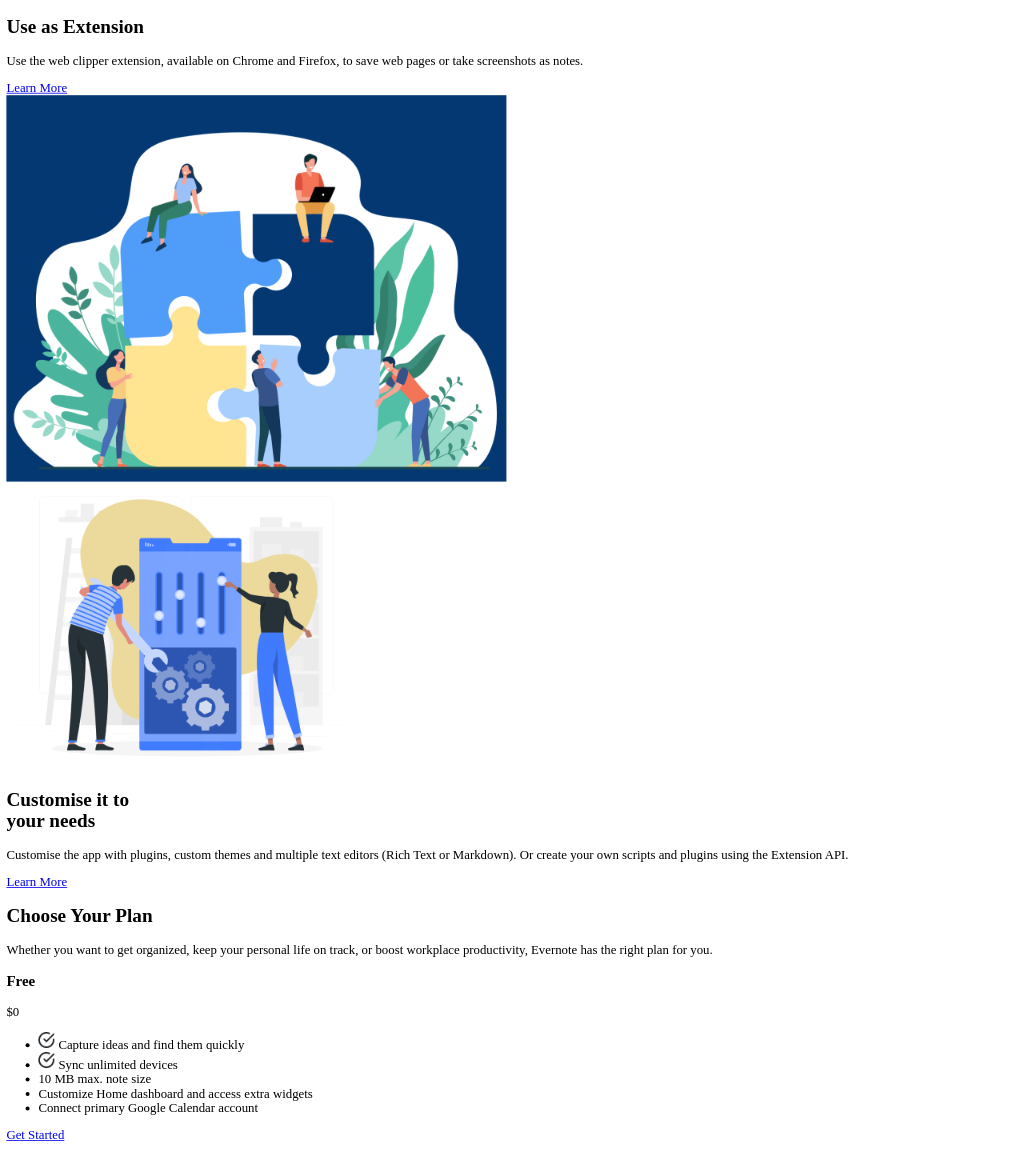
Repository: rinesagajtani0/whitespace_saas
Page: index.html
The author's editor kept a copy of each file at every save. The page is drawn from the files as they stood at one save, then again after a run of saves.
The browser window is 1280 px wide. The pictures show the whole page, at 80% of full size.

Above is the page before, as saved 2025-11-02 12:15:17.

After the next 5 saves:
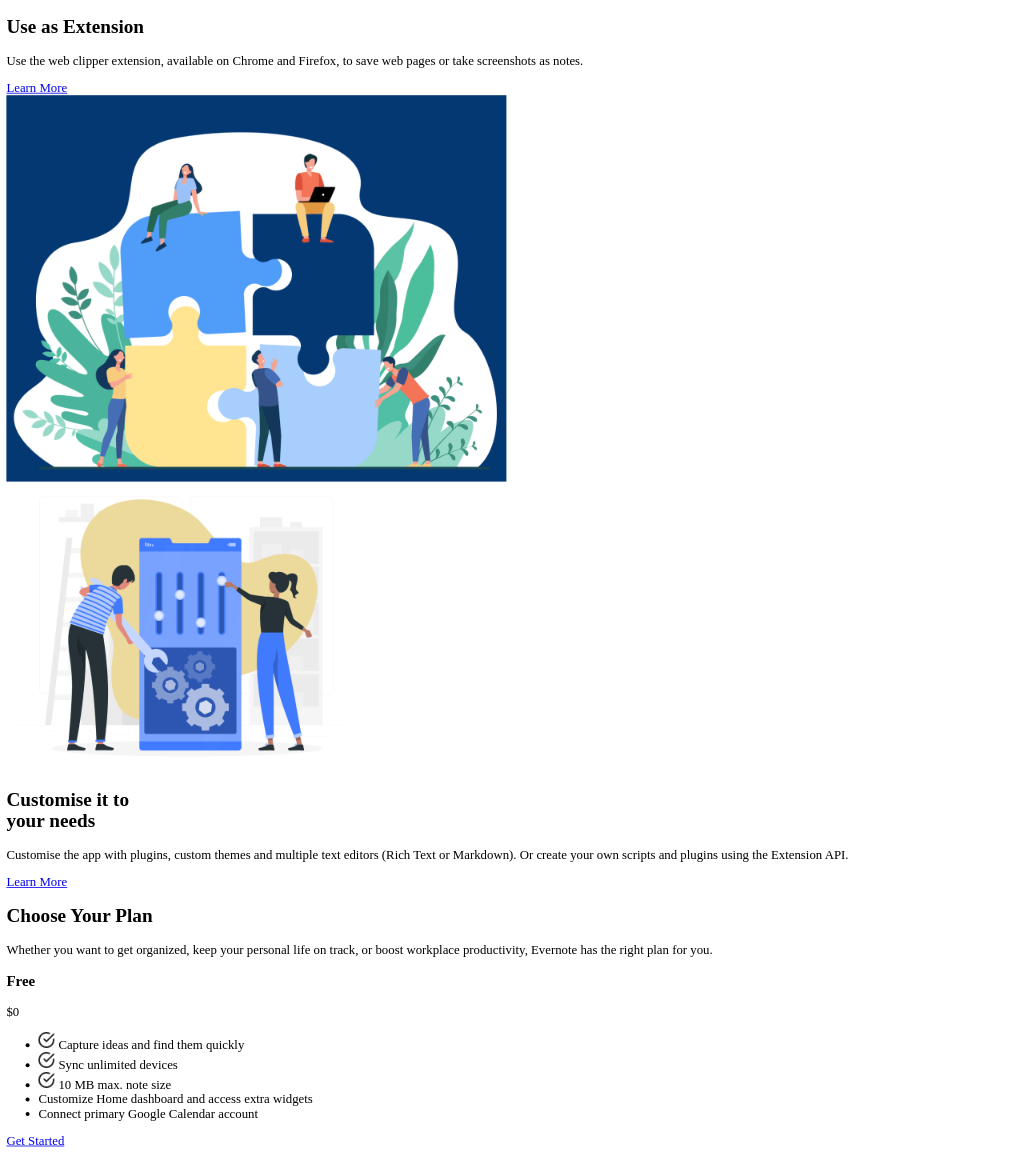
The 5 saves are shown as one change because they came seconds apart.
The last was saved 15 s later.
--- a/index.html
+++ b/index.html
@@ -69,8 +69,11 @@
               Sync unlimited devices
             </li>
             <li>
-              10 MB max. note size</li>
-            <li>Customize Home dashboard and access extra widgets</li>
+              <img src="img/Icon.png" alt="">
+              10 MB max. note size
+            </li>
+            <li>
+              Customize Home dashboard and access extra widgets</li>
             <li>Connect primary Google Calendar account</li>
           </ul>
           <a href="#" class="btn btn--outline">Get Started</a>
